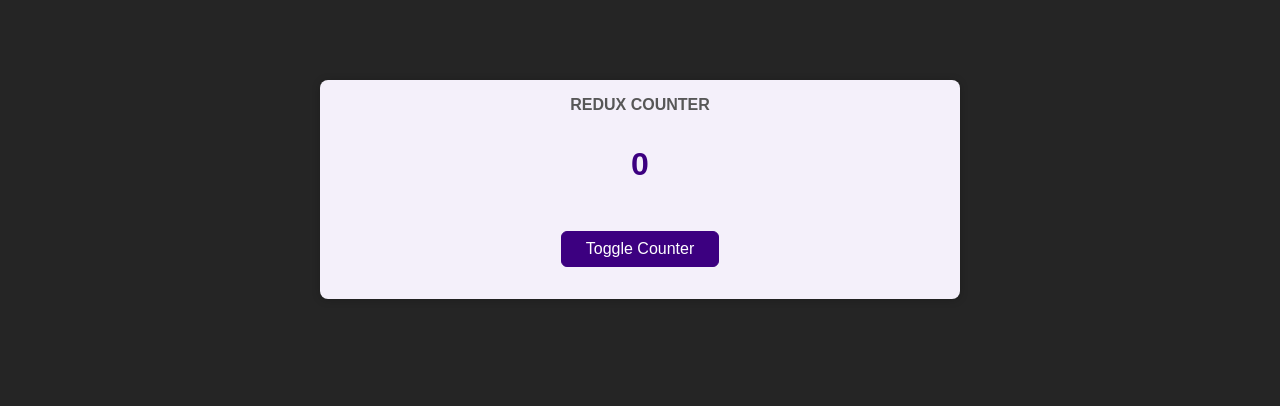
Repository: wenxi0504/11-ReactReduxProject
Page: /
An editor plug-in stored every save of this project. The page is shown before and after the next save, followed by the edit.
The browser window is 1280 px wide. The pictures show the whole page.
The project was rebuilt for these pictures with package versions that can differ from the ones it lists, and the page was loaded fresh each time.

Above is the page before, as saved 2022-07-17 16:51:50.

After the next save:
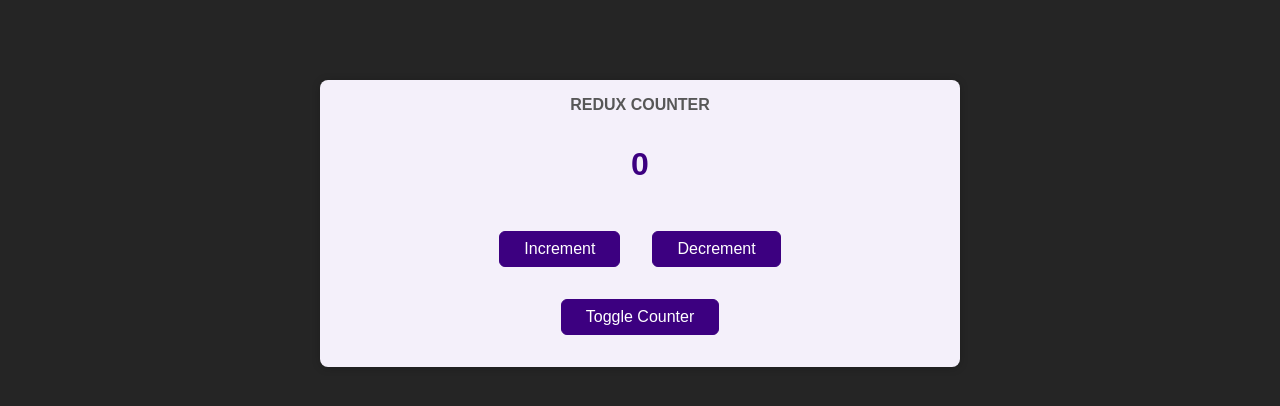
Saved 3 min 16 s later.
--- a/src/components/Counter.js
+++ b/src/components/Counter.js
@@ -1,9 +1,18 @@
-import { useSelector } from "react-redux";
+import { useSelector, useDispatch } from "react-redux";
 import classes from "./Counter.module.css";
 
 const Counter = () => {
+  //dispatch is a function
+  const dispatch = useDispatch();
   //pass a function to useSelector
   const counter = useSelector((state) => state.counter);
+
+  const incrementHandler = () => {
+    dispatch({ type: "increment" });
+  };
+  const decrementHandler = () => {
+    dispatch({ type: "decrement" });
+  };
 
   const toggleCounterHandler = () => {};
 
@@ -11,6 +20,10 @@ const Counter = () => {
     <main className={classes.counter}>
       <h1>Redux Counter</h1>
       <div className={classes.value}>{counter}</div>
+      <div>
+        <button onClick={incrementHandler}>Increment</button>
+        <button onClick={decrementHandler}>Decrement</button>
+      </div>
       <button onClick={toggleCounterHandler}>Toggle Counter</button>
     </main>
   );
